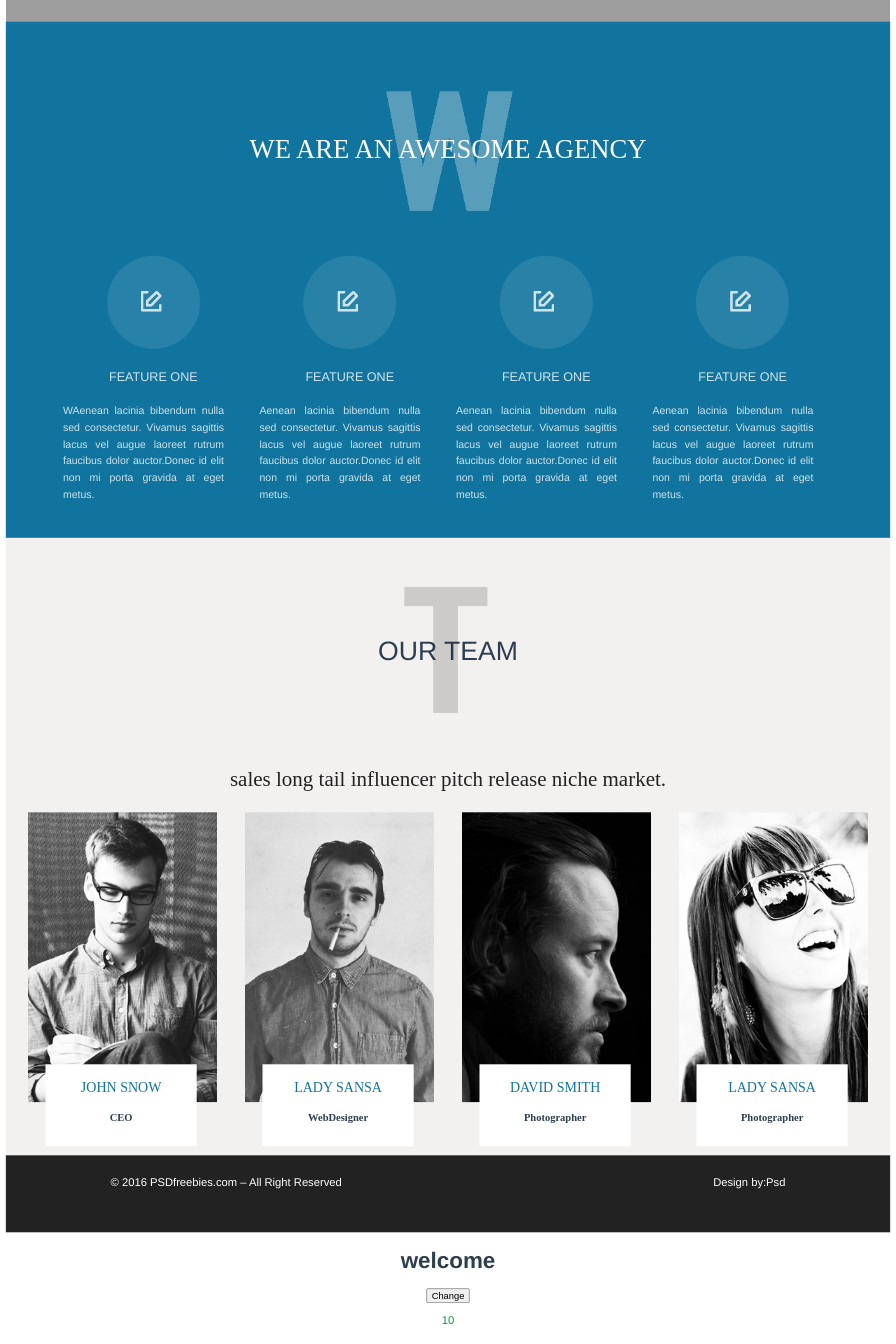
Repository: joker506/Creatives
Page: /
An editor plug-in stored every save of this project. The page is shown before and after the next save, followed by the edit.
The browser window is 1280 px wide. The pictures show the part of the page from y = 808 to 2728 px (the page is 2728 px tall before and 1846 px after), at 70% of full size.
Pictures or frames that could not be fetched are drawn as grey boxes. The project was rebuilt for these pictures with package versions that can differ from the ones it lists, and the page was loaded fresh each time.

Above is the page before, as saved 2020-04-08 22:26:58.

### public/index.html
<!DOCTYPE html>
<html lang="ru">

<head>
    <meta charset="utf-8">
    <meta http-equiv="X-UA-Compatible" content="IE=edge">
    <meta name="viewport" content="width=device-width,initial-scale=1.0">
    <link rel="icon" href="<%= BASE_URL %>favicon.ico">
    <title>
        <%= htmlWebpackPlugin.options.title %>
    </title>
</head>

<body>
    <noscript>
      <strong>We're sorry but <%= htmlWebpackPlugin.options.title %> doesn't work properly without JavaScript enabled. Please enable it to continue.</strong>
    </noscript>
    <div id="app"></div>
    <!-- built files will be auto injected -->
</body>

</html>

### src/App.vue
<template>
  <div id="app">
<HeaderApp  />
<AdvantagesApp />
<TeamApp />
<FooterApp />

    <HelloWorld
    @clicks="clickUp($event)"
       :msg=msg
       :counter=counter />
  </div>
</template>
<script>
import HelloWorld from './components/HelloWorld.vue'
import HeaderApp from './components/HeaderApp.vue'
import AdvantagesApp from './components/AdvantagesApp.vue'
import TeamApp from './components/TeamApp.vue'
import FooterApp from './components/FooterApp.vue'

export default {
  name: 'App',
  data(){
    return{
    msg:"welcome",
    counter:10
    }
  },
  components: {
    HelloWorld,
    AdvantagesApp,
    HeaderApp,
    TeamApp,
    FooterApp
  },
  methods:{
    clickUp(event){
      console.log("click")
      this.counter=event
    }
  }
}
</script>

<style>
#app {
  font-family: Avenir, Helvetica, Arial, sans-serif;
  -webkit-font-smoothing: antialiased;
  -moz-osx-font-smoothing: grayscale;
  text-align: center;
  color: #2c3e50;
  overflow: hidden;

}
</style>

### src/components/HelloWorld.vue
<template>
  <div class="hello">
    <h1>{{ msg }} </h1>
   <button @click="clickDown">Change</button>
   <p>{{counter}}</p>

  </div>
</template>

<script>
export default {
  name: 'HelloWorld',

  props: {
    msg: String,
    counter:Number

  },
  methods:{
    clickDown(){
      console.log("Your Click!")
      this.$emit("clicks",this.counter+1)

    }
  }
}
</script>

<style scoped>
h3 {
  margin: 40px 0 0;
}
ul {
  list-style-type: none;
  padding: 0;
}
li {
  display: inline-block;
  margin: 0 10px;
}
a {
  color: #42b983;
}
p{
  color:rgb(3, 156, 62);
}
</style>

### src/components/HeaderApp.vue
<template>

<header class="header">

<div class="header__top">
<a class="logo" href="#" >
    <img src="@/assets/Logo1.png" alt="logo">
</a>
<nav class="main-nav">
    <ul class="main-nav__items">
        <li class="item">
            <a href="#">Home</a> </li>
        <li class="item">
            <a href="#">Pages</a> </li>
        <li class="item">
            <a href="#">Features</a> </li>
        <li class="item">
            <a href="#">Extensions</a> </li>
        <li class="item">
            <a href="#">Tutorials</a> </li>
        <li class="item">
            <a href="#">Contact us</a> </li>
    </ul>
</nav>

<div class="social">
    <ul class="social__items">
        <li class="social__item social__item--fb">
            <a class="social__link" href="#"></a></li>
        <li class="social__item social__item--insta">
            <a class="social__link" href="#"></a></li>
        <li class="social__item social__item--teleg">
            <a class="social__link" href="#"></a></li>
        <li class="social__item social__item--vk">
            <a class="social__link" href="#"></a></li>
    </ul>
</div>

</div>
<div class="header__main">

<h1 class="header__title" >Creatives</h1>
<p class="text"><a href="Power by PSDfreebies.com"> Power by PSDfreebies.com</a></p>

<span class="btn__main">
    <a @click="scrollDown" href="#team" class="btn__main-link">scroll down</a>
</span>
</div>


</header>

</template>

<script>
export default {
    name:'HeaderApp',
    methods:{
        scrollDown(){
            console.log("scroll")
        }
    },

    directives:{
        font:{
            bind(el){
            el.style.fontSize='50px'
            }
        },
        color:{
            bind(el){
                el.style.color='#ffffff'
            }
        }
    }


}
</script>

<style lang="scss">
.header{
    margin: 0;
    padding: 0;
    max-width: 1600px;
    padding-top: 20px;
    font-size: 18px;
    background-image: url("~@/assets/Layer96.jpg");
    background-repeat: no-repeat;
    background-position: 0 0;
    background-size: cover;
}

.header__top{
    padding-right: 15px;
    padding-left: 15px;
    display: flex;
    justify-content: space-between;
    height: 90px;
    border-bottom: 3px solid hsla(0, 0%, 47%, 0.5);
}
.wrapper{
    width: 1200px;
}
.logo {
    list-style: none;
    cursor: pointer;
    color: #000000 ;
    &>img{
    width:79px;
    height:75px;
    }
}

.main-nav{
margin-left: 220px;
margin-right: 40px;
//border: 1px solid greenyellow;
}
.main-nav__items{
padding: 0;
margin: 0;
display: flex;
justify-content: space-between;
width: 700px;
height: 85px;
}
.item{
    width: 100px;
    height: 83px;
    list-style: none;
    font-family: "Myriad Pro";
    font-size: 20px;
    font-weight: 400;
    color: #ffffff;
    &:hover{
        border-bottom: 6px solid #11749e;
    }
    &>a{
        display: block;
        padding-top: 30px;
        height: 50px;
        text-decoration: none;
        color: #868686;
   /*  &:hover{
        color: blue;
    } */

    }
}
.social{
width: 141px;
}
.social__items{
    margin: 0;
    padding: 0;
    display: flex;
    justify-content: space-between;
    list-style: none;
}

.social__item{
    width: 20px;
    height: 20px;
    margin-top: 30px;
    position: relative;
    &--fb{
        background-image: url("~@/assets/facebook.svg");
        &:hover{
        background-image: url("~@/assets/fb-active.svg");
        }
    }
     &--insta{
        background-image: url("~@/assets/instagram.svg");
    }
     &--teleg{
        background-image: url("~@/assets/telegram.svg");
    }
     &--vk{
        background-image: url("~@/assets/vk.svg");
    }
    &::before{
        content: '';
        position: absolute;
        width: 30px;
        height: 30px;
         background-position: 0 0;
        background-repeat: no-repeat;
}
}


.social__link{
    display: block;
    padding-top: 30px;
    height: 50px;
    color: #868686;
    text-decoration: none;
}
/*
.header__main{
    height: 766px;
} */

.header__title{
    margin: 0 auto;
    margin-top: 130px;
    font-family: Gotham;
    font-size: 153px;
    font-weight: 700;
    text-transform: uppercase;
    letter-spacing: -1.92px;
}

.text{
margin: 0 auto;
margin-top: 30px;
color: #11749e;
font-family: Gotham;
font-size: 25px;
font-weight: 500;
line-height: 51.19px;
text-transform: uppercase;
letter-spacing: 7.88px;
}
.text>a{
    text-decoration: none;
    color: bisque;
}
.btn__main{
    display: block;
    margin-top: 115px;
    padding-bottom: 115px;
    position: relative;

}
.btn__main-link{
    color:beige;
    cursor: pointer;
    font-weight: 500;
    line-height: 22px;
    text-transform: capitalize;
        &::after{
        content: '';
        display: block;
        left: 50%;
        margin: auto;
        margin-top: 15px;
        width: 65px;
        height: 65px;
        background-image: url("~@/assets/chevron.svg");
        background-repeat: no-repeat;
        background-position: 0 0;
        background-size: cover;
        }
        &:hover{
color: #11749e;
}
}



</style>

### src/components/AdvantagesApp.vue
<template >
<section class="advantages" >
    <div class="wrap">
<h2 class="advantages__title">
    We Are An Awesome Agency
</h2>
    </div>
    <div class="advantages-block">
<div class="block__first">
   <div><img src="~@/assets/Ellipse1.png" alt="ellipse"></div>
    <h3 class="block__title">Feature One</h3>
    <p class="block__text">WAenean lacinia bibendum nulla sed consectetur. Vivamus sagittis lacus vel augue laoreet rutrum faucibus dolor auctor.Donec id elit non mi porta gravida at eget metus.
</p>
</div>
<div class="block__first">
    <div><img src="~@/assets/Ellipse1.png" alt="ellipse"></div>
    <h3 class="block__title">Feature One</h3>
     <p class="block__text">Aenean lacinia bibendum nulla sed consectetur. Vivamus sagittis lacus vel augue laoreet rutrum faucibus dolor auctor.Donec id elit non mi porta gravida at eget metus.
</p>
</div>
<div class="block__first">
    <div><img src="~@/assets/Ellipse1.png" alt="ellipse"></div>
    <h3 class="block__title">Feature One</h3>
     <p class="block__text">Aenean lacinia bibendum nulla sed consectetur. Vivamus sagittis lacus vel augue laoreet rutrum faucibus dolor auctor.Donec id elit non mi porta gravida at eget metus.
</p>
</div>
<div class="block__first">
    <div><img src="~@/assets/Ellipse1.png" alt="ellipse"></div>
    <h3 class="block__title">Feature One</h3>
    <p class="block__text">Aenean lacinia bibendum nulla sed consectetur. Vivamus sagittis lacus vel augue laoreet rutrum faucibus dolor auctor.Donec id elit non mi porta gravida at eget metus.
</p>
</div>
</div>

</section>
</template>

<script>
export default {
    name:'AdvantagesApp',

}
</script>

<style lang="scss">

.advantages{
max-width: 1600px;
height: 738px;
background-color: #11749e;
}
.wrap{
    margin: 0;
}
.advantages-logo{
margin-top: 108px;
    opacity: 0.3 ;
}

.advantages__title{
    margin: 0;
padding-top: 170px;
margin-bottom: 140px;
color: #ffffff;
font-family: Gotham;
font-size: 38px;
font-weight: 500;
line-height: 25px;
text-transform: uppercase;
position: relative;
&::before{
    content: '';
    position: absolute;
    top: 100px;
    left: 43%;
    width: 180px;
    height: 180px;
    opacity: 0.3;
    background-image: url("~@/assets/W.png");
    background-size: contain;
    background-repeat: no-repeat;
    background-position: 0 0;
}
}
.advantages-block{
    width: 1100px;
    margin: 0 auto;
    display: flex;
    justify-content: space-between;
}
.block__first{
    width: 258px;

    color: #ffffff;
    opacity: 0.8;


}
.block__first>div{
    opacity: 1;
    position: relative;
      &::before{
    content: '';
    position: absolute;
    top: 50px;
    left: 111px;
    width: 30px;
    height: 30px;
    background-image: url("~@/assets/Write.svg");
    background-position: 0 0;
    background-repeat: no-repeat;
    background-size: contain;
}
    }


.block__title{
    font-size: 18px;
font-weight: 500;
line-height: 36px;
text-transform: uppercase;

}
.block__text{
    width: 230px;
text-align: justify;    ;
font-size: 15px;
font-weight: 400;
line-height: 24px;
}
</style>

### src/components/TeamApp.vue
<template>
<section class="team" id="team">
<div class="wrap">
<h2 class="team__title">Our Team</h2>
<p class="team__text">sales long tail influencer pitch release niche market.</p>
</div>

<div class="team-block">

<div class="staff__first">
    <img src="~@/assets/Layer81.png" alt="">
    <div class="staff-wrap">
    <h3 class="staff__title"> JOHN SNOW</h3>
    <span class="staff__prof">CEO</span>
    </div>
</div>
<div class="staff__first">
    <img src="~@/assets/Layer82.png" alt="">
    <div class="staff-wrap">
    <h3 class="staff__title">LADY SANSA</h3>
    <span class="staff__prof">WebDesigner</span>
    </div>
</div>
<div class="staff__first">
    <img src="~@/assets/Layer83.png" alt="">
    <div class="staff-wrap">
    <h3 class="staff__title">DAVID SMITH</h3>
    <span class="staff__prof">Photographer</span>
    </div>
</div>
<div class="staff__first">
    <img src="~@/assets/Layer84.png" alt="">
    <div class="staff-wrap">
    <h3 class="staff__title">LADY SANSA</h3>
    <span class="staff__prof">Photographer</span>
    </div>
</div>
    </div>

    </section>
</template>

<script>
export default {
    name:'TeamApp',
}
</script>

<style lang="scss">
.team{
    margin: 0;
    padding: 0;
    max-width: 1600px;
padding-bottom: 10px;
background-color: #f3f0f0;
}
.team__title{
margin: 0;
padding: 0;
padding-top: 140px;
font-size: 38px;
font-weight: 500;
line-height: 45px;
text-transform: uppercase;
position: relative;
&::before{
    content: '';
    position: absolute;
    top: 70px;
    left: 45%;
    width: 120px;
    height: 180px;
    background-image: url('~@/assets/T.png');
    background-position: 0 0;
    background-repeat: no-repeat;
    background-size: contain;
}
}
.team__text{
    margin-top: 140px;
    color: #222222;
font-family: "Gotham - Book";
font-size: 30px;
font-weight: 400;
line-height: 37px;
}
.team-block{
    margin-top: 70px;
    width: 1200px;
    margin: 0 auto;
    display: flex;
    justify-content: space-between;

}
.staff__first {
    width: 270px;
    height: 480px;
    position: relative;
}
.staff-wrap{
    position: absolute;
    top: 360px;
    left: 25px;
    width: 216px;
    height: 117px;
    background-color: #ffffff;
    &:hover{
        border: 1px solid rgb(245, 243, 243);
        box-shadow: 0px 0px 10px 5px rgb(225, 229, 233);
    }
    }
.staff__title{
    color: #11749e;
font-family: Gotham;
font-size: 20px;
font-weight: 500;
line-height: 24px;
text-transform: uppercase;
}

.staff__prof{
    font-family: Gotham;
    font-size: 15px;
    font-weight: 600;
    line-height: 24px;
}
</style>

### src/components/FooterApp.vue
<template>
<footer class="footer">
    <div class="copyright">© 2016 PSDfreebies.com – All Right Reserved</div>
    <div class="design">
        <p>Design by:Psd</p>
    </div>
</footer>
</template>

<script>
export default {
    name:'FooterApp'
}
</script>>
<style lang="scss">
.footer{
    max-width: 1600px;
    height: 110px;
    background-color: #222222;
    padding-right: 150px;
    padding-left: 150px;
    display: flex;
    justify-content: space-between;
}
.copyright,
.design{
    color: #ffffff;
    padding-top: 30px;
}
.design>p{
    margin: 0;
}
</style>

Loaded but not shown: src/main.js (common file)

After the next save:
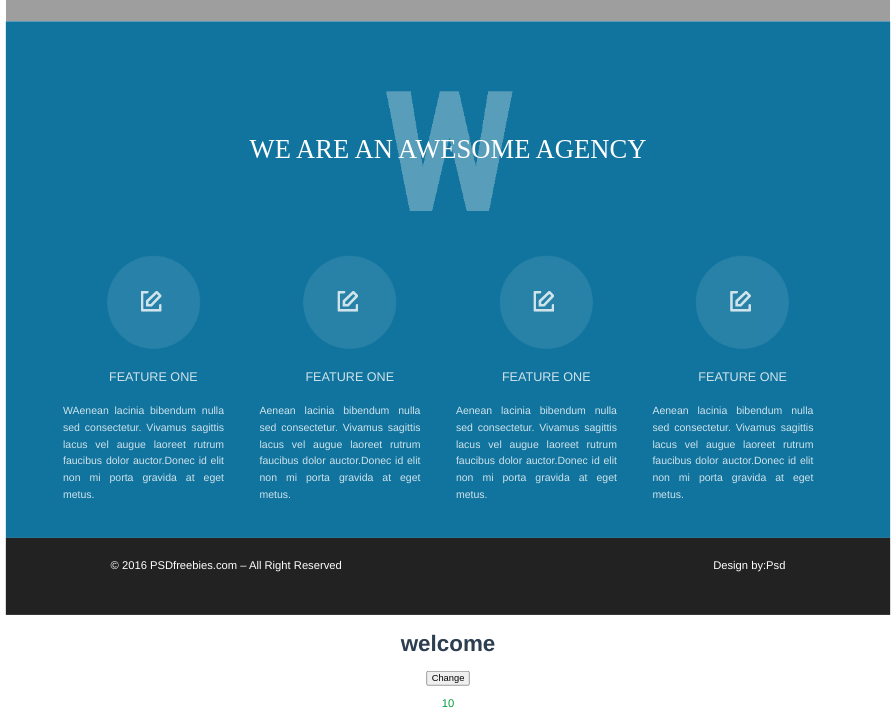
Saved 6 min 25 s later.
--- a/src/components/TeamApp.vue
+++ b/src/components/TeamApp.vue
@@ -7,34 +7,14 @@
 
 <div class="team-block">
 
-<div class="staff__first">
-    <img src="~@/assets/Layer81.png" alt="">
+<div v-for="staff in staffs" :key="staff.id" class="staff__first" >
+    <img :src="require('@/assets'+staff.img)" alt="">
     <div class="staff-wrap">
-    <h3 class="staff__title"> JOHN SNOW</h3>
-    <span class="staff__prof">CEO</span>
+    <h3 class="staff__title">{{staff.name}}</h3>
+    <span class="staff__prof">{{staff.proff}}</span>
     </div>
 </div>
-<div class="staff__first">
-    <img src="~@/assets/Layer82.png" alt="">
-    <div class="staff-wrap">
-    <h3 class="staff__title">LADY SANSA</h3>
-    <span class="staff__prof">WebDesigner</span>
-    </div>
-</div>
-<div class="staff__first">
-    <img src="~@/assets/Layer83.png" alt="">
-    <div class="staff-wrap">
-    <h3 class="staff__title">DAVID SMITH</h3>
-    <span class="staff__prof">Photographer</span>
-    </div>
-</div>
-<div class="staff__first">
-    <img src="~@/assets/Layer84.png" alt="">
-    <div class="staff-wrap">
-    <h3 class="staff__title">LADY SANSA</h3>
-    <span class="staff__prof">Photographer</span>
-    </div>
-</div>
+
     </div>
 
     </section>
@@ -43,6 +23,36 @@
 <script>
 export default {
     name:'TeamApp',
+    data(){
+        return{
+            staffs:[
+                {
+                    id:1,
+                    name:"JOHN SNOW",
+                    proff:"CEO",
+                    img:'/assets/Layer81.png'
+                },
+                {
+                    id:2,
+                    name:"LADY SANSA",
+                    proff:"WebDesigner",
+                    img:'/assets/Layer82.png'
+                },
+                {
+                    id:3,
+                    name:"JOHN MMAc",
+                    proff:"Pgotographer",
+                    img:'/assets/Layer83.png'
+                },
+                {
+                    id:4,
+                    name:"LADY SIMPS",
+                    proff:"Pgotographer",
+                    img:'/assets/Layer84.png'
+                }
+            ]
+        }
+    }
 }
 </script>
 
@@ -97,6 +107,7 @@ line-height: 37px;
     height: 480px;
     position: relative;
 }
+
 .staff-wrap{
     position: absolute;
     top: 360px;
